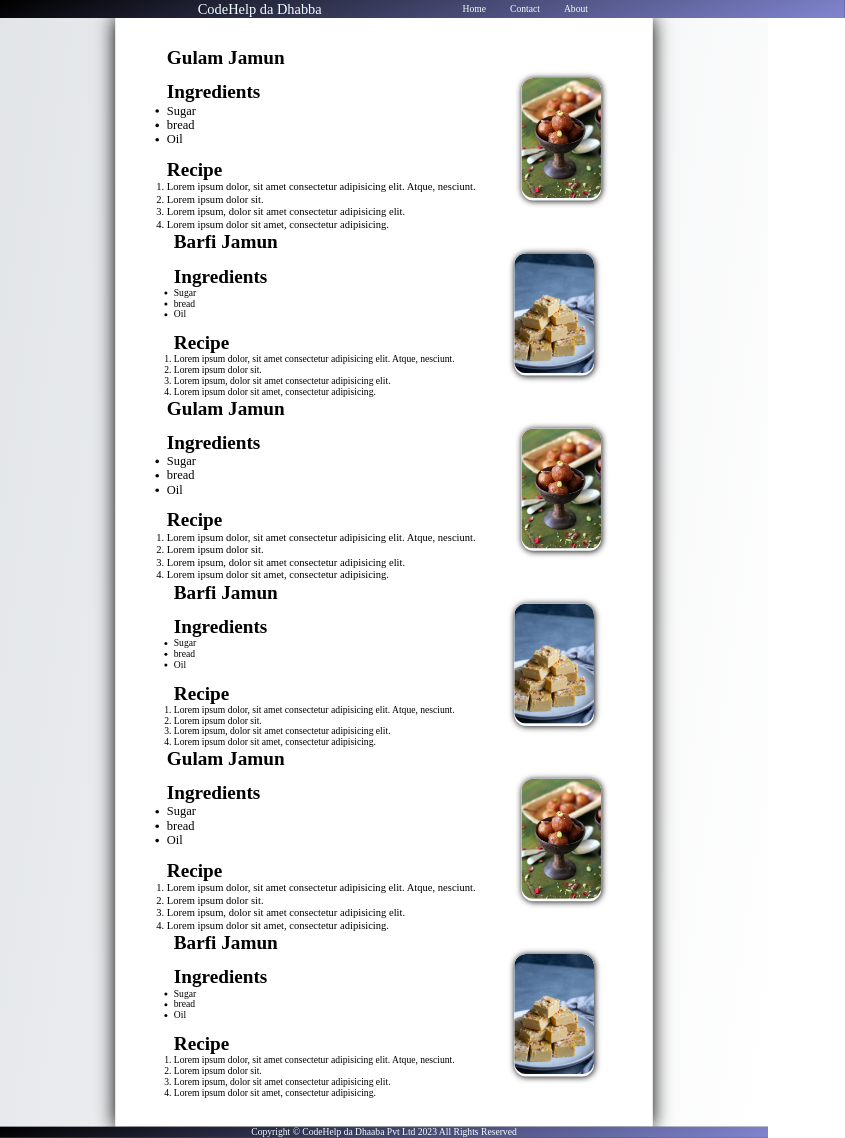
Repository: ssaddamhuss100/Recipe_Html_css
Page: index.html
An editor plug-in stored every save of this project. The page is shown before and after a run of saves, followed by the edit.
The browser window is 1280 px wide. The page is 1408 px wide, so the pictures cover 1408 px, including what lies to the right of the window. The pictures show the whole page, at 60% of full size.

Above is the page before, as saved 2024-12-12 10:52:31.

### index.html
<!DOCTYPE html>
<html lang="en">
<head>
    <meta charset="UTF-8">
    <meta http-equiv="X-UA-Compatible" content="IE=edge">
    <meta name="viewport" content="width=device-width, initial-scale=1.0">
    <title>Codehelp da Dhaaba</title>
    <link rel="stylesheet" href="style.css">
</head>
<body>

    <div class="container">

        <header>
            <div class="navContainer">
                <nav>
                    <ul id="navList">
                        <li>
                            <p id="navLogo">CodeHelp da Dhabba</p>
                        </li>
                        <li>
                            <div id="navItems">
                                <a href="#">Home</a>
                                <a href="#">Contact</a>
                                <a href="#">About</a>
                            </div>
                        </li>
                    </ul>
                </nav>
            </div>
        </header>

        <main>
            <div class="contentBox">
                <!-- item 1  -->
                <section>
                    <div class="item">
                        <div class="leftBox">
                            <!-- heaeding -->
                            <h2>Gulam Jamun</h2>

                            <div>
                                <h2>Ingredients</h2>
                                <ul class="ingBox">
                                    <li>Sugar</li>
                                    <li>bread</li>
                                    <li>Oil</li>
                                </ul>
                            </div>

                            <div>
                                <h2>Recipe</h2>
                                <ol class="recipeBox">
                                    <li>Lorem ipsum dolor, sit amet consectetur adipisicing elit. Atque, nesciunt.</li>
                                    <li>Lorem ipsum dolor sit.</li>
                                    <li>Lorem ipsum, dolor sit amet consectetur adipisicing elit.</li>
                                    <li>Lorem ipsum dolor sit amet, consectetur adipisicing.</li>
                                </ol>
                            </div>



                        </div>

                        <div class="rightBox">
                            <img
                                src="bread-gulab-jamun-recipe.jpg"
                            />
                            <div class="overlay">
                                <span> Click here to Buy</span>
                            </div>
                        </div>
                    </div>
                </section>

                <section>
                    <div class="item">
                        <div class="leftBox">
                            <!-- heaeding -->
                            <h2>Barfi Jamun</h2>

                            <div>
                                <h2>Ingredients</h2>
                                <ul>
                                    <li>Sugar</li>
                                    <li>bread</li>
                                    <li>Oil</li>
                                </ul>
                            </div>

                            <div>
                                <h2>Recipe</h2>
                                <ol>
                                    <li>Lorem ipsum dolor, sit amet consectetur adipisicing elit. Atque, nesciunt.</li>
                                    <li>Lorem ipsum dolor sit.</li>
                                    <li>Lorem ipsum, dolor sit amet consectetur adipisicing elit.</li>
                                    <li>Lorem ipsum dolor sit amet, consectetur adipisicing.</li>
                                </ol>
                            </div>



                        </div>
                        <div class="rightBox">
                            <img
                                src="Magaz-5-of-5-2-960x1440.jpg"
                            />
                        </div>
                    </div>
                </section>

                <section>
                    <div class="item">
                        <div class="leftBox">
                            <!-- heaeding -->
                            <h2>Gulam Jamun</h2>

                            <div>
                                <h2>Ingredients</h2>
                                <ul class="ingBox">
                                    <li>Sugar</li>
                                    <li>bread</li>
                                    <li>Oil</li>
                                </ul>
                            </div>

                            <div>
                                <h2>Recipe</h2>
                                <ol class="recipeBox">
                                    <li>Lorem ipsum dolor, sit amet consectetur adipisicing elit. Atque, nesciunt.</li>
                                    <li>Lorem ipsum dolor sit.</li>
                                    <li>Lorem ipsum, dolor sit amet consectetur adipisicing elit.</li>
                                    <li>Lorem ipsum dolor sit amet, consectetur adipisicing.</li>
                                </ol>
                            </div>



                        </div>

                        <div class="rightBox">
                            <img
                                src="bread-gulab-jamun-recipe.jpg"
                            />
                            <div class="overlay">
                                <span> Click here to Buy</span>
                            </div>
                        </div>
                    </div>
                </section>

                <section>
                    <div class="item">
                        <div class="leftBox">
                            <!-- heaeding -->
                            <h2>Barfi Jamun</h2>

                            <div>
                                <h2>Ingredients</h2>
                                <ul>
                                    <li>Sugar</li>
                                    <li>bread</li>
                                    <li>Oil</li>
                                </ul>
                            </div>

                            <div>
                                <h2>Recipe</h2>
                                <ol>
                                    <li>Lorem ipsum dolor, sit amet consectetur adipisicing elit. Atque, nesciunt.</li>
                                    <li>Lorem ipsum dolor sit.</li>
                                    <li>Lorem ipsum, dolor sit amet consectetur adipisicing elit.</li>
                                    <li>Lorem ipsum dolor sit amet, consectetur adipisicing.</li>
                                </ol>
                            </div>



                        </div>
                        <div class="rightBox">
                            <img
                                src="Magaz-5-of-5-2-960x1440.jpg"
                            />
                        </div>
                    </div>
                </section>

                <section>
                    <div class="item">
                        <div class="leftBox">
                            <!-- heaeding -->
                            <h2>Gulam Jamun</h2>

                            <div>
                                <h2>Ingredients</h2>
                                <ul class="ingBox">
                                    <li>Sugar</li>
                                    <li>bread</li>
                                    <li>Oil</li>
                                </ul>
                            </div>

                            <div>
                                <h2>Recipe</h2>
                                <ol class="recipeBox">
                                    <li>Lorem ipsum dolor, sit amet consectetur adipisicing elit. Atque, nesciunt.</li>
                                    <li>Lorem ipsum dolor sit.</li>
                                    <li>Lorem ipsum, dolor sit amet consectetur adipisicing elit.</li>
                                    <li>Lorem ipsum dolor sit amet, consectetur adipisicing.</li>
                                </ol>
                            </div>



                        </div>

                        <div class="rightBox">
                            <img
                                src="bread-gulab-jamun-recipe.jpg"
                            />
                            <div class="overlay">
                                <span> Click here to Buy</span>
                            </div>
                        </div>
                    </div>
                </section>

                <section>
                    <div class="item">
                        <div class="leftBox">
                            <!-- heaeding -->
                            <h2>Barfi Jamun</h2>

                            <div>
                                <h2>Ingredients</h2>
                                <ul>
                                    <li>Sugar</li>
                                    <li>bread</li>
                                    <li>Oil</li>
                                </ul>
                            </div>

                            <div>
                                <h2>Recipe</h2>
                                <ol>
                                    <li>Lorem ipsum dolor, sit amet consectetur adipisicing elit. Atque, nesciunt.</li>
                                    <li>Lorem ipsum dolor sit.</li>
                                    <li>Lorem ipsum, dolor sit amet consectetur adipisicing elit.</li>
                                    <li>Lorem ipsum dolor sit amet, consectetur adipisicing.</li>
                                </ol>
                            </div>



                        </div>
                        <div class="rightBox">
                            <img
                                src="Magaz-5-of-5-2-960x1440.jpg"
                            />
                        </div>
                    </div>
                </section>
            </div>
        </main>

        <footer>
           <div class="footerBox">
                <p>
                    Copyright  &copy; CodeHelp da Dhaaba Pvt Ltd 2023 All Rights Reserved
                </p>
           </div>
        </footer>


    </div>

</body>
</html>

### style.css
*{
    margin: 0;
    padding: 0;
    box-sizing: border-box;
}
.container{
    height: 100%;
    width: 100%;
    overflow-x: none;
    background-color: #e2e5e8;
    background-image: linear-gradient(98deg, #e2e5e8 0%, #ffffff 100%);

}

.navContainer{
    width: 110vw;
    /* background-color: rgba(113, 113, 154, 0.776);
    */
    background-color: #000000;
   background-image: linear-gradient(160deg, #000000 0%, #8085d0 100%);

    min-height: 30px;
    display: flex;
    justify-content: center;
    align-items: center;
    position: relative;
}
nav{
    width: 70%;
}
#navList{
    width: 90%;
    padding: 1px;

    list-style: none;
    font-size: 1rem;
    display: flex;
    justify-content: space-around;
    align-items: center;
}

#navLogo{
    font-size: 1.5rem;
    color: azure;
}

a{
    text-decoration: none;
    color: azure;
}
#navItems{
    display: flex;
    gap:40px;

}

footer{
    width: 100%;
}

.footerBox{
    background-color: #000000;
    background-image: linear-gradient(160deg, #000000 0%, #8085d0 100%);
    width: 100%;
    text-align: center;
    min-height: 10px;
}

.footerBox p {
    color: azure;
    font-size: 1rem;
}

.contentBox{
    width: 70%;
    margin: auto;
    background-color: white;
    display: flex;
    flex-direction: column;
       padding: 3rem;
    box-shadow: 0px 0px 30px black;
}

.item{
    display: flex;
    justify-content: space-around;
    align-items: center;
}

.rightBox{
    position: relative;
    overflow: hidden;
    transition: all 0.3s linear 0s;
    box-shadow: 1px 1px 10px black;
    border-radius: 20px;
}

.rightBox img{
    height: 200px;
    border-radius: 20px;
    transition: all 0.6s linear 0s;
}

.rightBox:hover{
    transform: scale(1.1);
}

.leftBox{
    display: flex;
    flex-direction: column;
    gap: 20px;
}
.leftBox h2{
    font-size: 2rem;
}

.ingBox{
    font-size: 1.3rem;
}

.recipeBox{
    font-size: 1.1rem;
}

.rightBox .overlay{
    position: absolute;
    top: 0;
    left: 0;
    height: 100%;
    width: 100%;
    background-color: rgba(36, 34, 34, 0.713);
    border-radius: 20px;
    display: flex;
    align-items: center;
    justify-content: center;
    opacity: 0;
    transition: all 0.3s linear 0s;
}

.rightBox:hover .overlay{
    opacity: 1;
}

.rightBox .overlay span{
    color: white;
    font-size: 1.2rem;
}

After the next 2 saves:
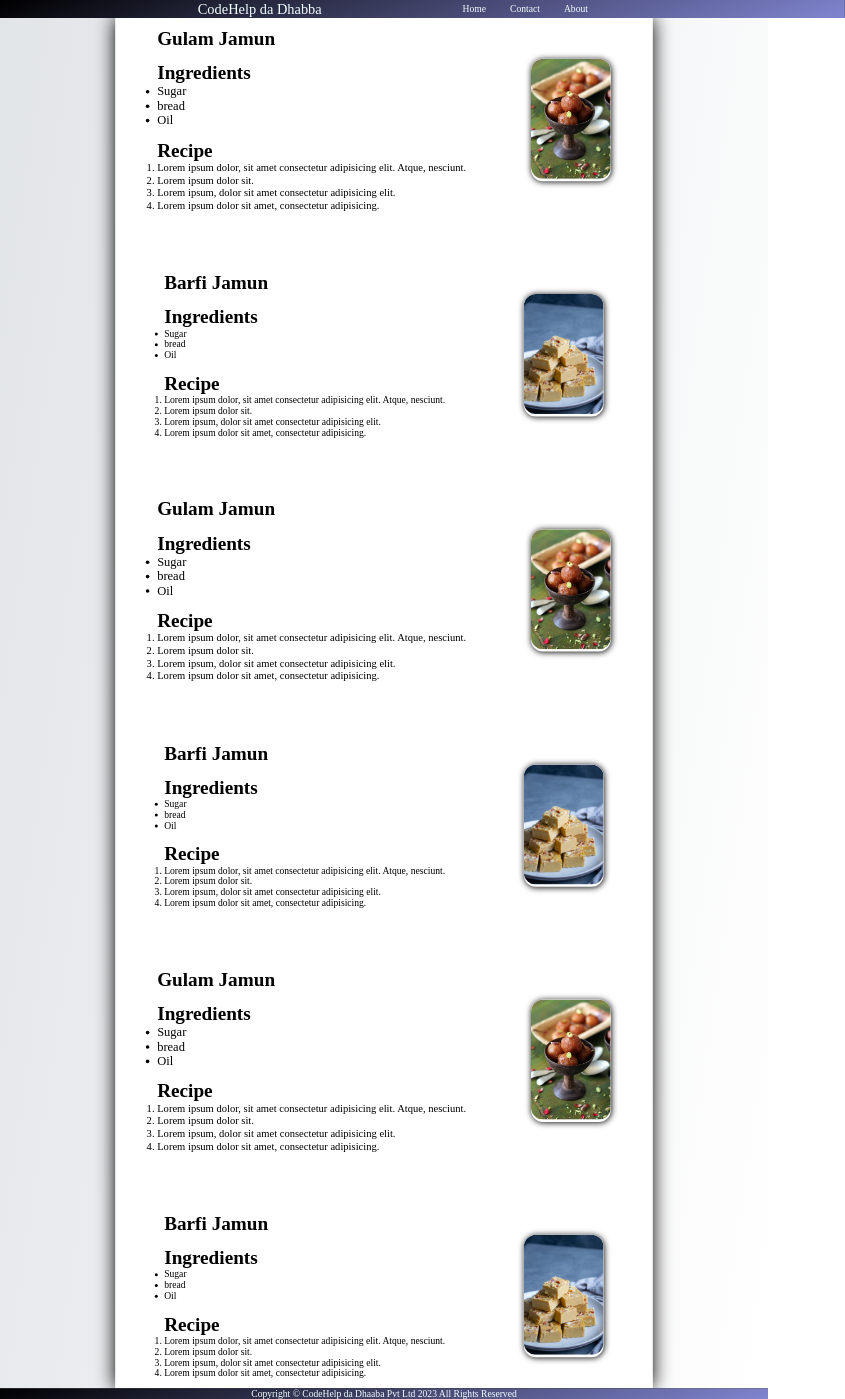
The 2 saves are shown as one change because they came seconds apart.
The last was saved 4 min 19 s later.
--- a/style.css
+++ b/style.css
@@ -77,7 +77,8 @@ footer{
     background-color: white;
     display: flex;
     flex-direction: column;
-       padding: 3rem;
+    gap: 100px;
+    padding: 1rem;
     box-shadow: 0px 0px 30px black;
 }
 
